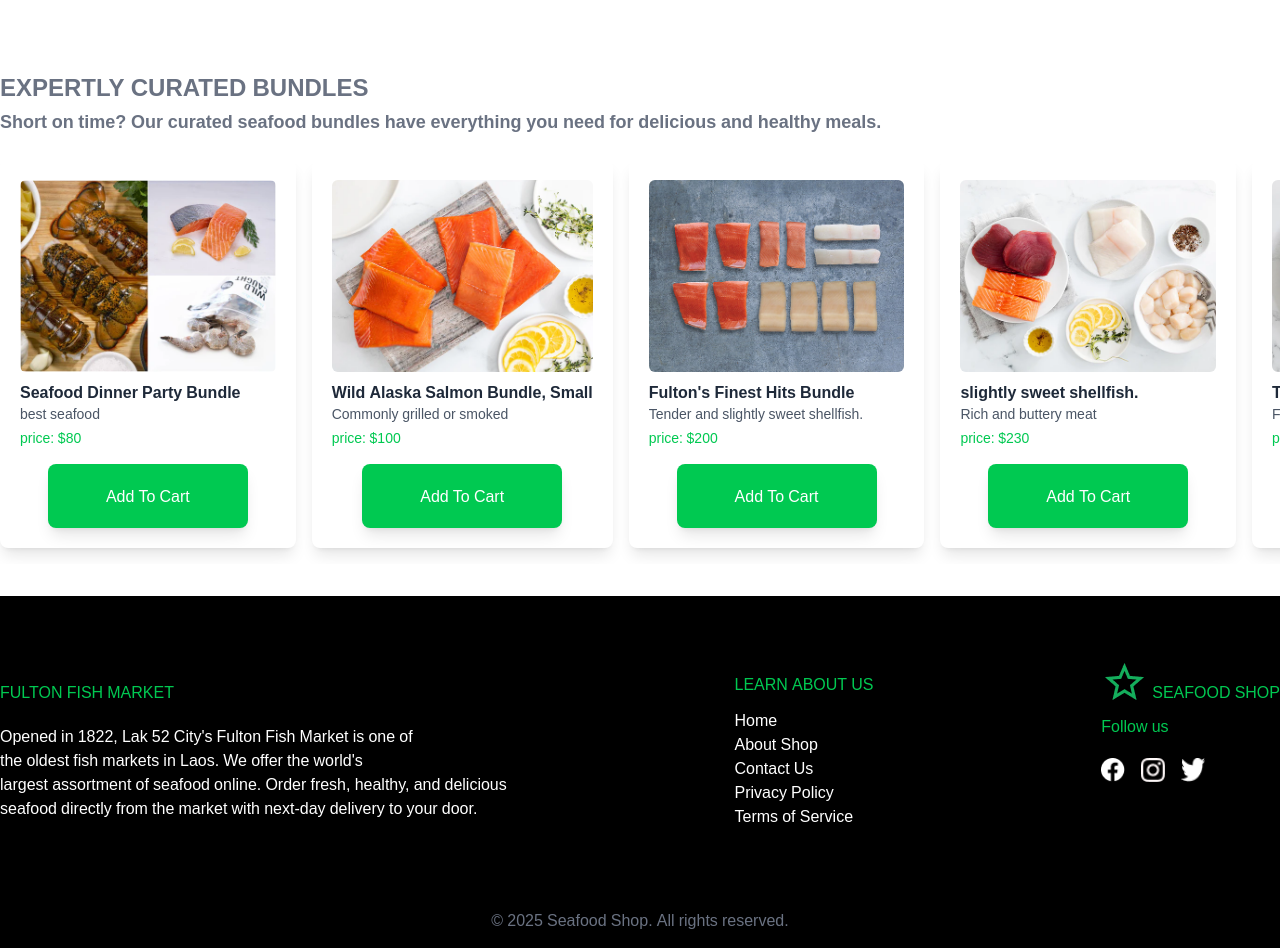
Repository: KongRucifer/SeaFood-Shop
Page: /modules/home/views
These files come from the project's save history. The page is drawn as it stood at one moment and after the next save; the edit follows.
The browser window is 1280 px wide. The pictures show the part of the page from y = 2352 to 3300 px (the page is 3300 px tall).
The project was rebuilt for these pictures with package versions that can differ from the ones it lists, and the page was loaded fresh each time. The framework's server and built-in components were replaced by stand-ins that run in the browser. Also part of the build but not shown: next.config.ts.

Above is the page before, as saved 2025-06-25 20:39:25.

After the next save:
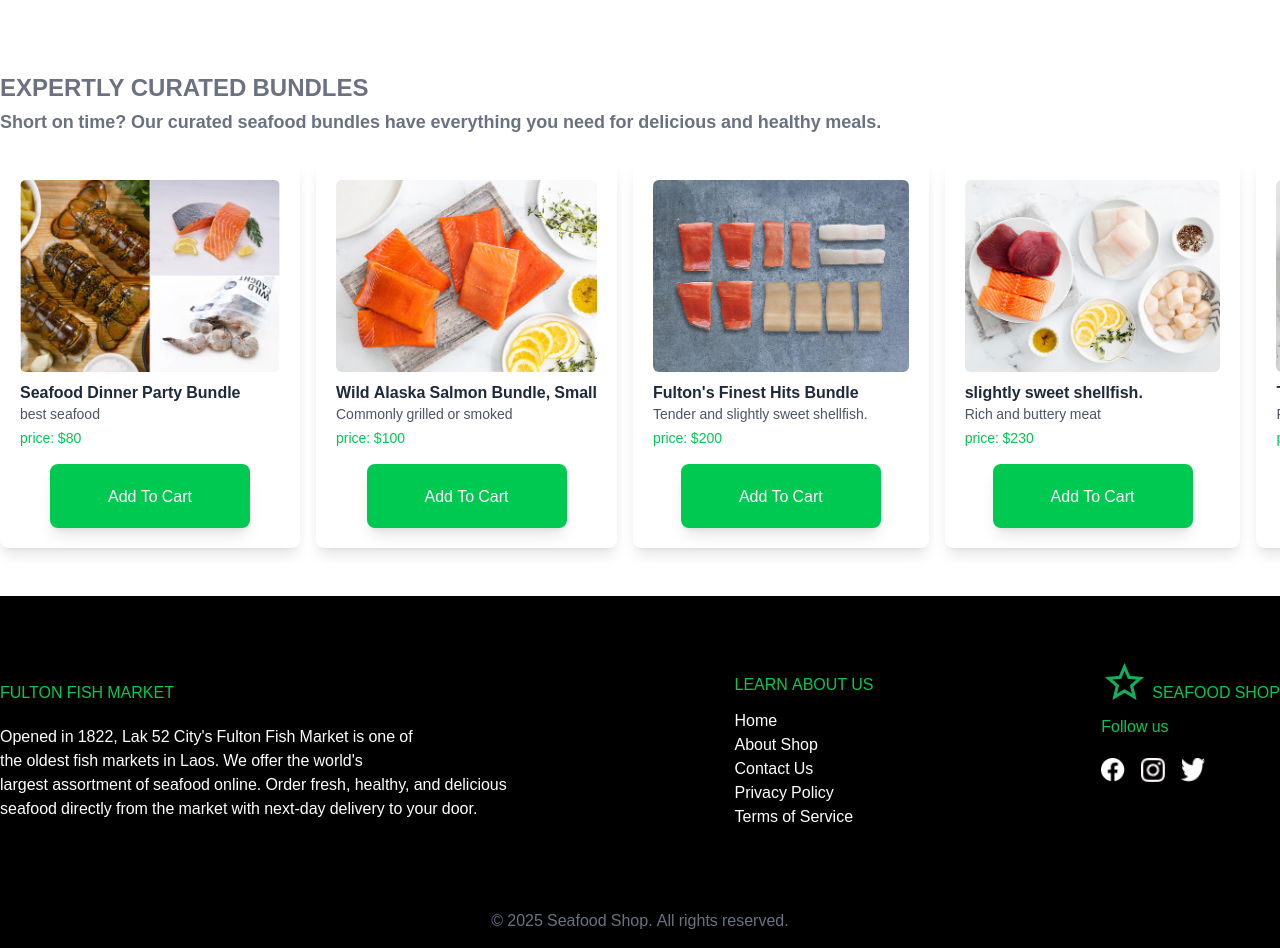
Saved 23 s later.
--- a/src/app/modules/home/components/Healthy_Meals.component.tsx
+++ b/src/app/modules/home/components/Healthy_Meals.component.tsx
@@ -13,7 +13,7 @@ export default async function Healthy_Meals() {
       </div>
       <div className="flex overflow-x-auto space-x-4 pb-4">
         {/* Card 1 */}
-        <div className="min-w-[200px] flex-shrink-0 bg-white rounded-lg shadow-lg p-5 transform transition duration-300 hover:scale-105">
+        <div className="w-75 flex-shrink-0 bg-white rounded-lg shadow-lg p-5 transform transition duration-300 hover:scale-105">
           <div>
             <img
               src="/images/shak.webp"
